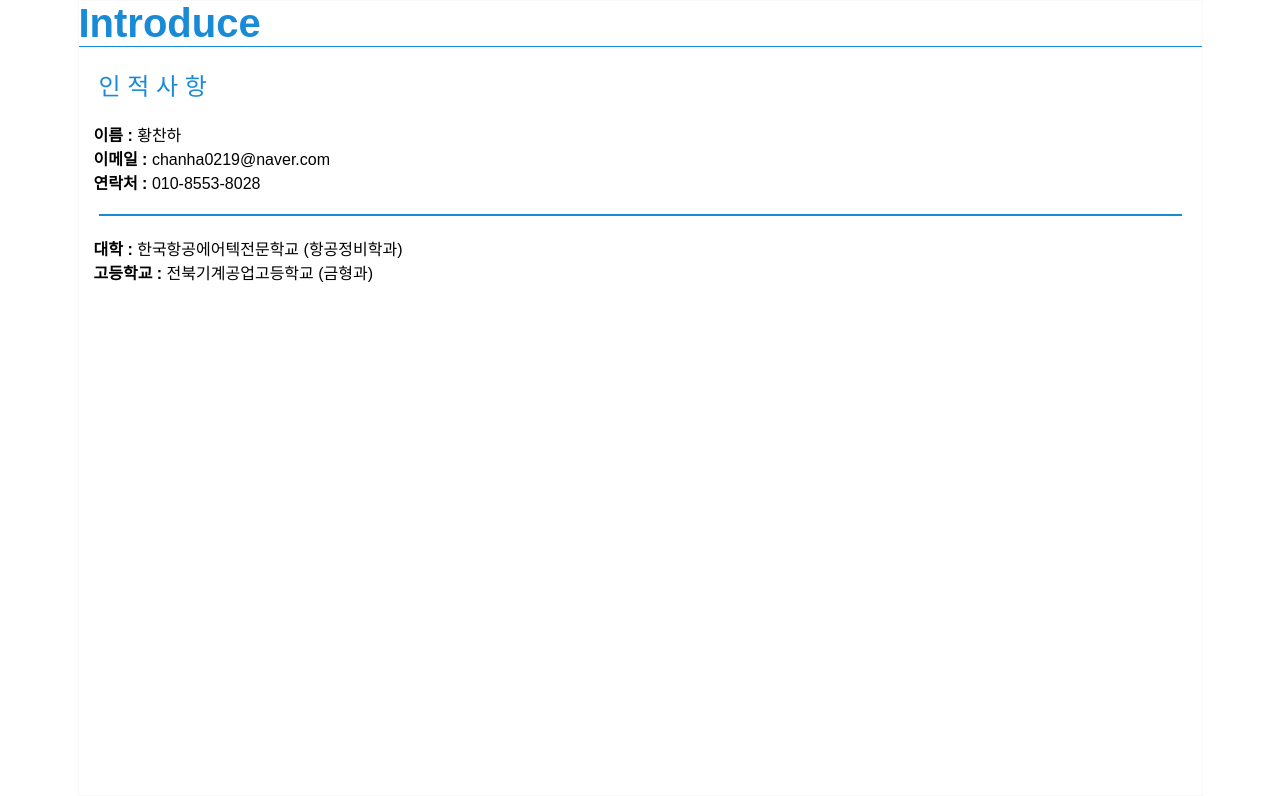
Repository: DooBae-KR/MySelf
Page: /
These files come from the project's save history. The page is drawn as it stood at one moment and after the next save; the edit follows.
The browser window is 1280 px wide. The pictures show the whole page.
The project was rebuilt for these pictures with package versions that can differ from the ones it lists, and the page was loaded fresh each time. Also part of the build but not shown: src/pages/MainPage.js, src/pages/header/HeaderLogo.js, src/pages/header/TabMenu.js, src/pages/HeaderPage.js.

Above is the page before, as saved 2025-07-23 21:15:55.

After the next save:
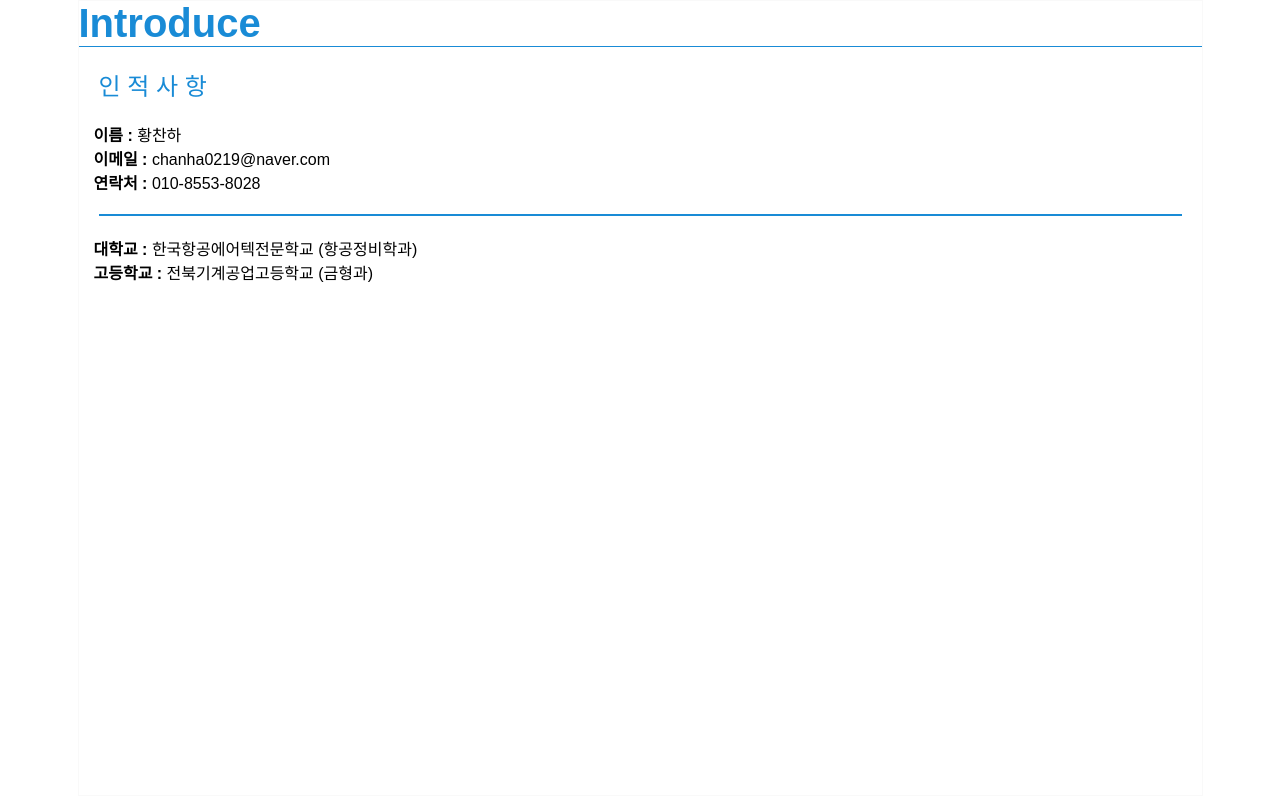
Saved 19 s later.
--- a/src/pages/Myself.js
+++ b/src/pages/Myself.js
@@ -11,7 +11,7 @@ export default function MySelf(){
                     <p><strong>이메일 : </strong> {myInfo.email}</p>
                     <p><strong>연락처 : </strong>{myInfo.phone}</p>
                     <div className="line"/>
-                    <p><strong>대학 : </strong>{myInfo.collage} ({myInfo.collageMajor})</p>
+                    <p><strong>대학교 : </strong>{myInfo.collage} ({myInfo.collageMajor})</p>
                     <p><strong>고등학교 : </strong>{myInfo.highSchool} ({myInfo.highScMajor})</p>
                 </div>
             </div>
